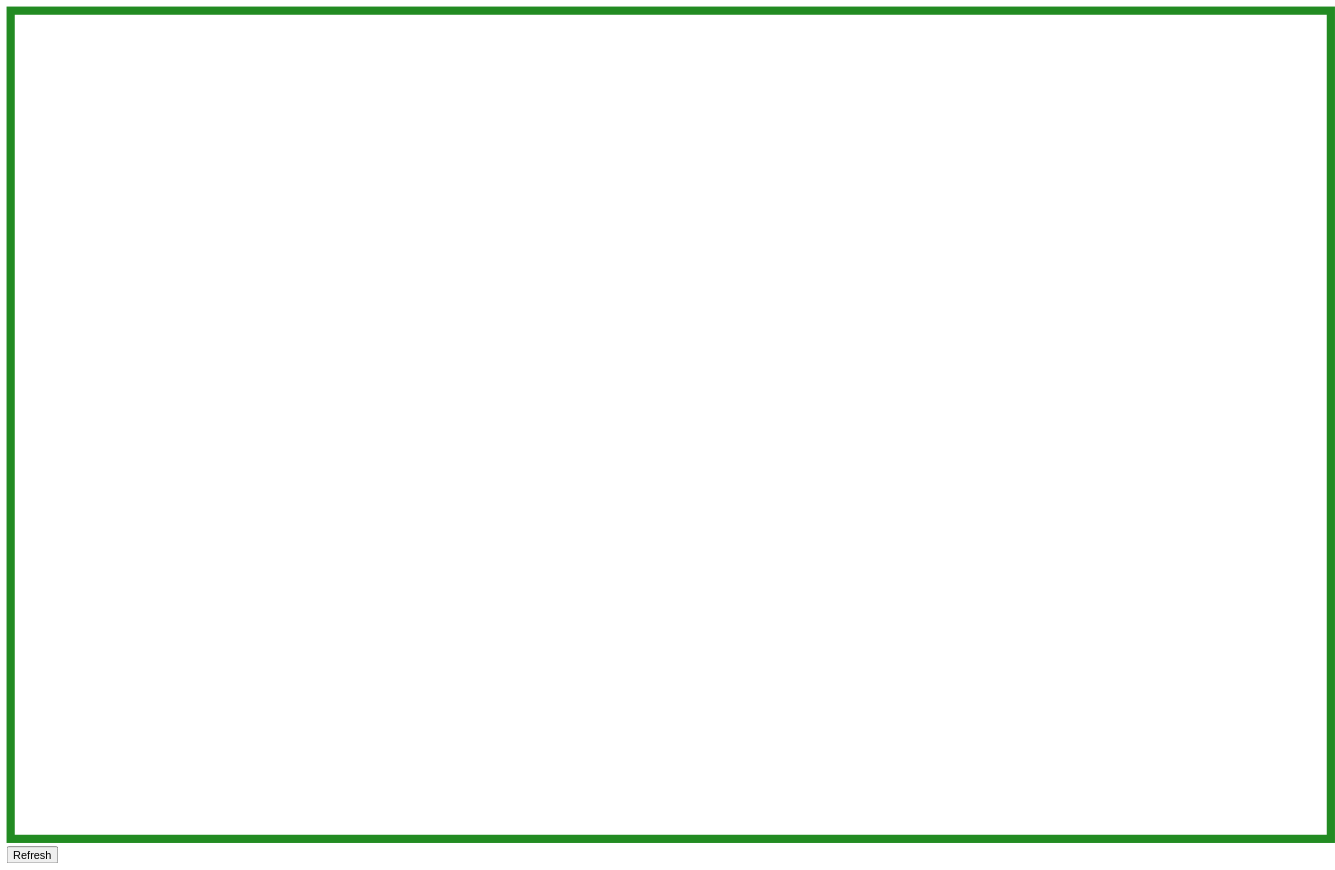
Repository: spidero7/Sketch-Canva
Page: index.html
An editor plug-in stored every save of this project. The page is shown before and after the next save, followed by the edit.
The browser window is 1280 px wide. The page is 1628 px wide, then 1280 px, so the pictures cover 1628 px, including what lies to the right of the window. The pictures show the whole page, at 82% of full size.

Above is the page before, as saved 2021-09-05 07:31:48.

### index.html
<!DOCTYPE html>
<html lang="en">
<head>
    <meta charset="UTF-8">
    <meta http-equiv="X-UA-Compatible" content="IE=edge">
    <meta name="viewport" content="width=device-width, initial-scale=1.0">
    <title>Document</title>
    <link rel="stylesheet" href="style.css">
</head>
<body>
    <div class="canvasWrap">
        <canvas width="1600" height="1000" id="etch-a-sketch"></canvas>
        <div class="buttons">
            <button class="refresh-btn">Refresh</button>
        </div>
    </div>
    <script src="script.js"></script>
</body>
</html>

### style.css


canvas {
    border: solid 10px forestgreen;
    width: ;
}

Loaded but not shown: script.js (no stored copy; drawn as an empty file)

After the next save:
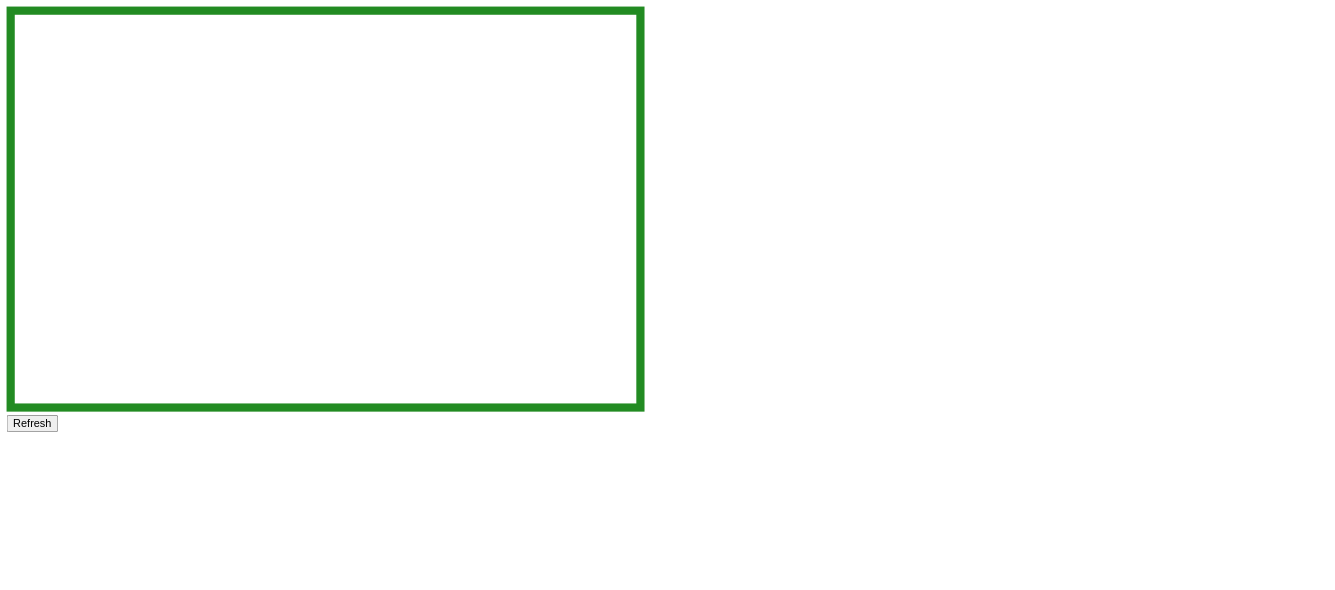
Saved 7 s later.
--- a/style.css
+++ b/style.css
@@ -2,5 +2,5 @@
 
 canvas {
     border: solid 10px forestgreen;
-    width: ;
+    width: 60%;
 }
